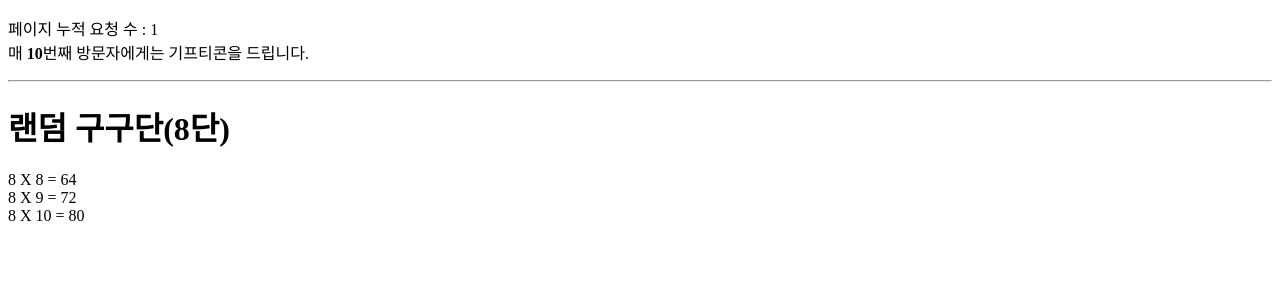
Repository: HeeMang28/jsp
Page: http://localhost/JSPBasic/jsptag/tag_quiz02.jsp
The author's editor kept a copy of each file at every save. The page is drawn from the files as they stood at one save, then again after the next save.
The browser window is 1280 px wide. The pictures show the whole page.
The page is served by Tomcat 9.

Above is the page before, as saved 2022-03-23 10:19:03.

After the next save:
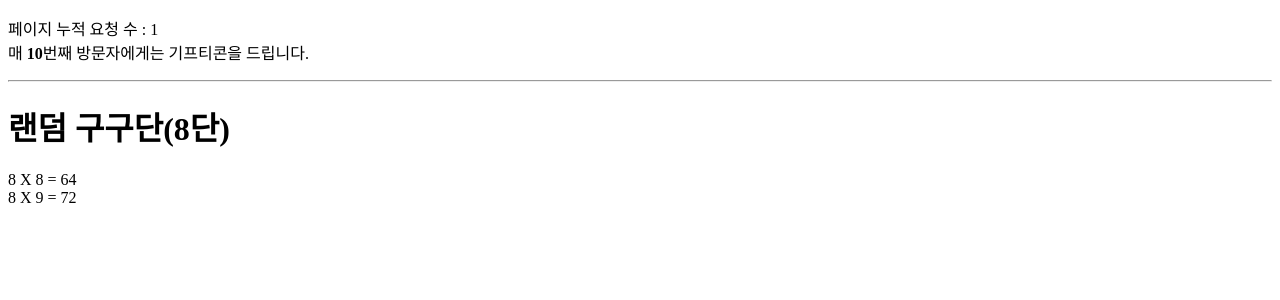
Saved 23 s later.
--- a/JSPBasic/src/main/webapp/jsptag/tag_quiz02.jsp
+++ b/JSPBasic/src/main/webapp/jsptag/tag_quiz02.jsp
@@ -23,7 +23,7 @@
 	<hr/>
 
 	<h1>랜덤 구구단(<%= num %>단)</h1>
-	<%	for(int i = num; i <= 10; i++){ %>
+	<%	for(int i = num; i <= 9; i++){ %>
 		<%= num %> X <%= i %> = <%= num * i %><br>
 	<% }%>
 </body>
